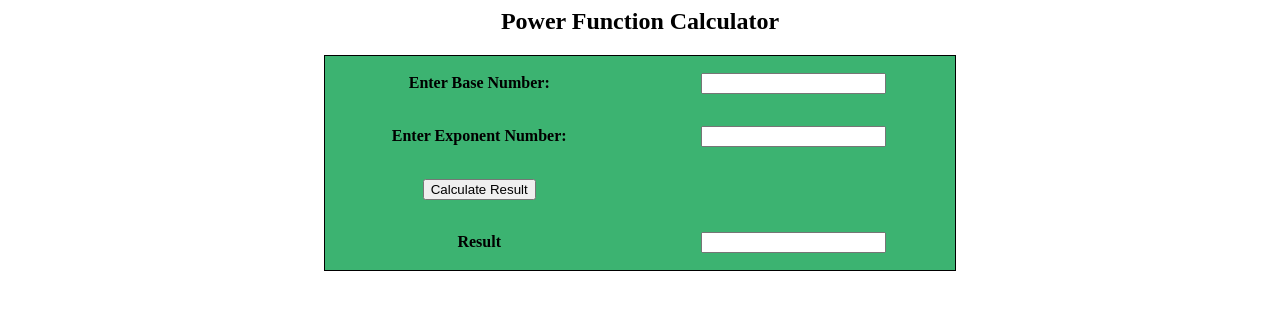
Repository: DeepaliKalagate/PowerCalculatorAPI
Page: PowerFunctionCalculator/src/main/resources/PowerFunction.html
The author's editor kept a copy of each file at every save. The page is drawn from the files as they stood at one save, then again after the next save.
The browser window is 1280 px wide. The pictures show the whole page.

Above is the page before, as saved 2020-02-09 06:46:03.

### PowerFunctionCalculator/src/main/resources/PowerFunction.html
<html>
<head>

<script src="https://ajax.googleapis.com/ajax/libs/jquery/3.3.1/jquery.min.js"></script>
</head>
<style>
table {
  width:50%;
}
table{
  border: 1px solid black;

}
th, td {
  padding: 15px;
  text-align: center;
}
table{
 background-color: MediumSeaGreen;
}
</style>
<body>
<center>
<h2>Power Function Calculator</h2></center>


<table align="center">
  <tr>
    <th>Enter Base Number:</th>
    <th><input type:"text" id="baseNumber" name="base"></th>
  </tr>
  <tr>
    <th>Enter Exponent Number:</th>
    <td><input type:"text" id="exponentNumber" name="exponent"></td>
  </tr>
  <tr>
    <td><input type="submit" id="submit" value="Calculate Result"></td>
  </tr>
  <tr>
  <th>Result</th>
    <td><input type:"text" id="result" name="result"></td>
  </tr>
</table>
<script>
$(document).ready(function(){
  $("#submit").click(function(){


    var result=document.getElementById("result").value
console.log(result)
 var baseNumber=document.getElementById("baseNumber").value
 var exponentNumber=document.getElementById("exponentNumber").value


url="http:localhost:8080/calculator/calculate"
data=JSON.stringify({
"firstNumber":baseNumber,
"secondNumber":exponentNumber})


$.ajax({
  url:url,
  type:"POST",
  data:data,
  contentType:"application/json; charset=utf-8",
  dataType:"json",
  success: function(data){


document.getElementById("result").value=data;
  }
})

  });
});

</script>





</body>
</html>

After the next save:
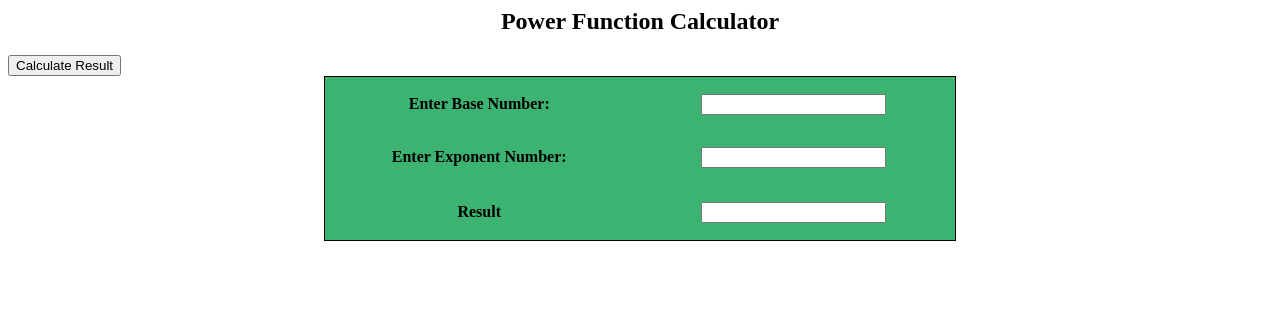
Saved 73 s later.
--- a/PowerFunctionCalculator/src/main/resources/PowerFunction.html
+++ b/PowerFunctionCalculator/src/main/resources/PowerFunction.html
@@ -34,7 +34,7 @@
     <td><input type:"text" id="exponentNumber" name="exponent"></td>
   </tr>
   <tr>
-    <td><input type="submit" id="submit" value="Calculate Result"></td>
+    <input type="submit" id="submit" value="Calculate Result">
   </tr>
   <tr>
   <th>Result</th>

After the save that followed:
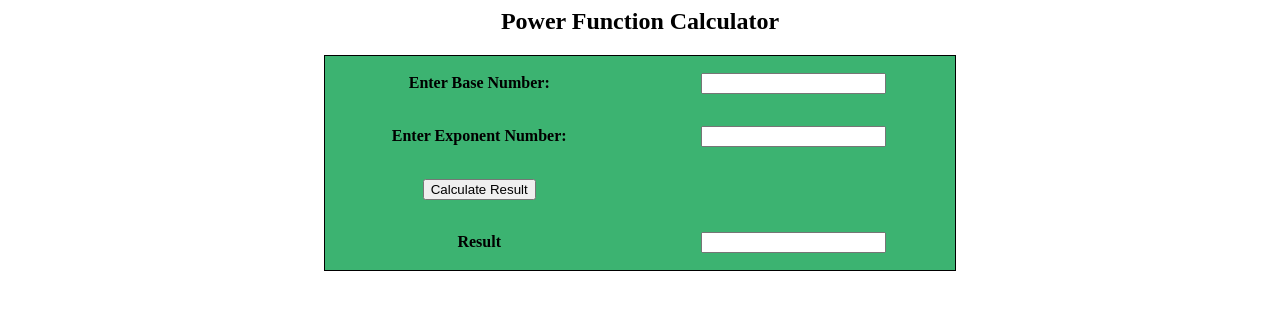
Saved 18 s later.
--- a/PowerFunctionCalculator/src/main/resources/PowerFunction.html
+++ b/PowerFunctionCalculator/src/main/resources/PowerFunction.html
@@ -34,7 +34,7 @@
     <td><input type:"text" id="exponentNumber" name="exponent"></td>
   </tr>
   <tr>
-    <input type="submit" id="submit" value="Calculate Result">
+    <td><input type="submit" id="submit" value="Calculate Result"></td>
   </tr>
   <tr>
   <th>Result</th>
